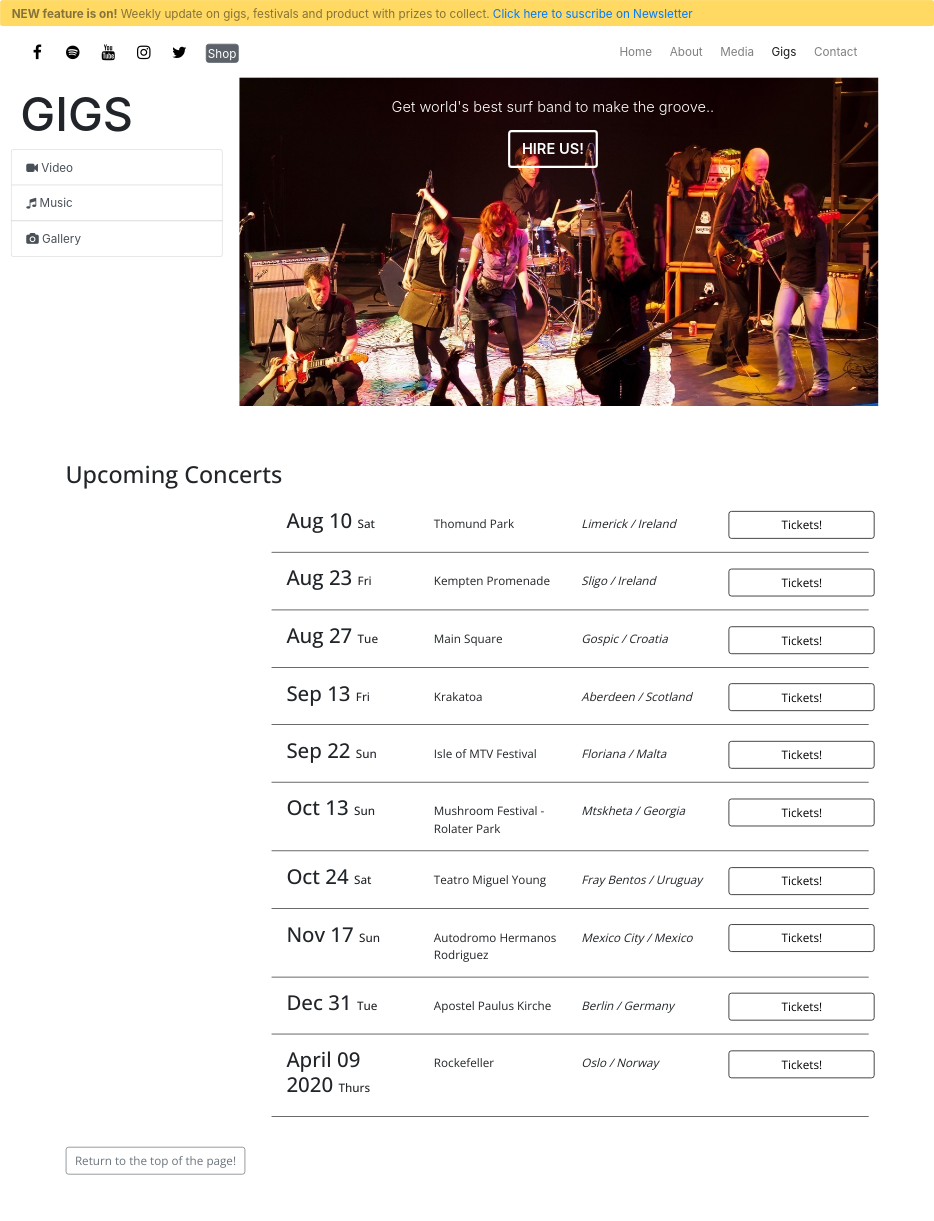
Repository: NamcorStudent/Stream_1_Project_HTML5-CSS3
Page: gigs.html
The author's editor kept a record of every edit. The page is drawn from the files as they stood at one moment, then again after the next edit.
The browser window is 1280 px wide. The pictures show the whole page, at 73% of full size.
Some web libraries are served in a nearby version.

Above is the page before.

After the next edit:
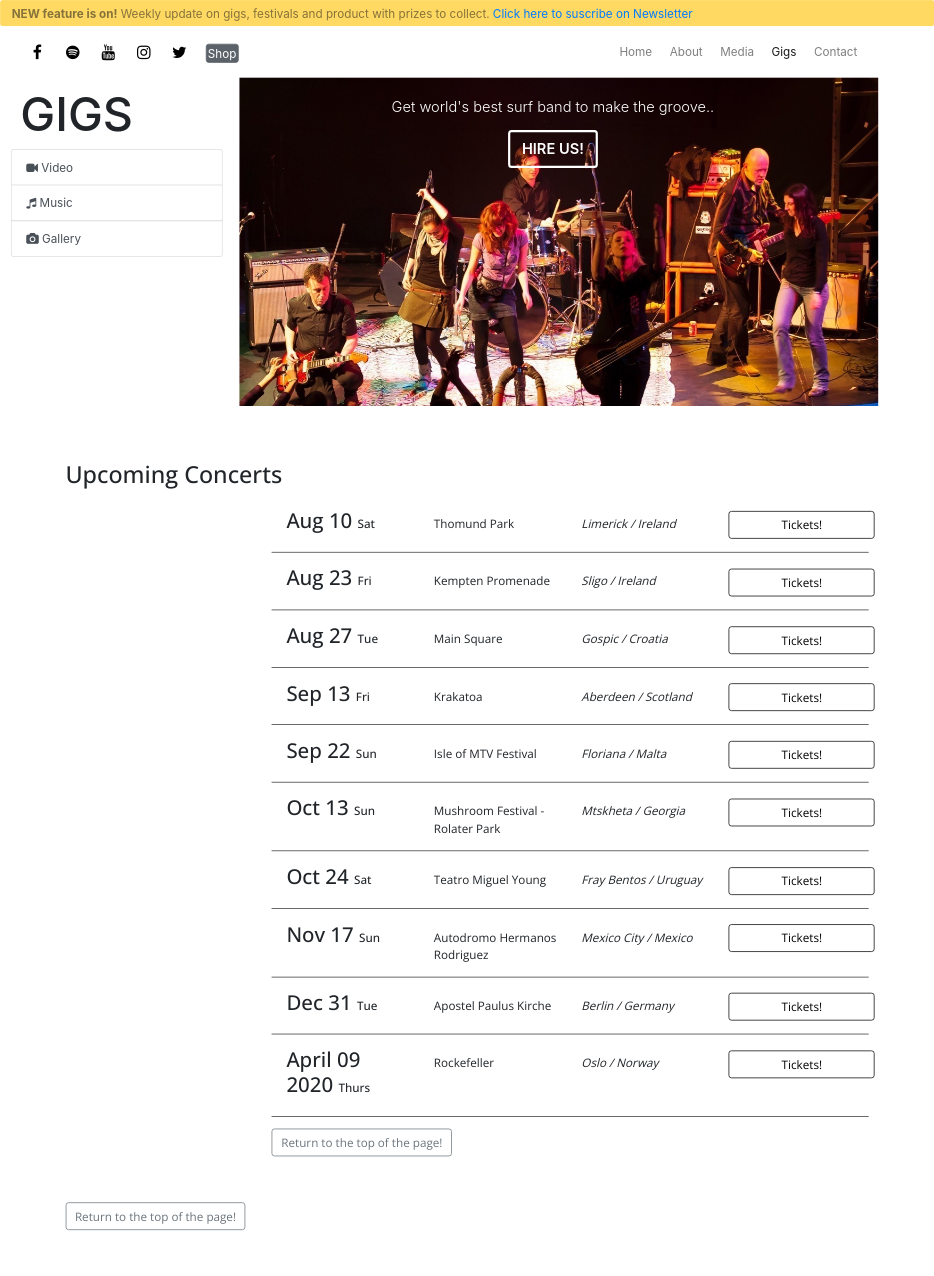
The edit:
--- a/gigs.html
+++ b/gigs.html
@@ -213,6 +213,8 @@
                                     <div class="col-lg-3 gigs-info tickets-btn-center"><a target="_blank" href="https://www.viagogo.ie/Festival-Tickets/Festivals-in-Norway/Inferno-Metal-Festival-Tickets/E-3689831"><button type="button" class="btn btn-primary btn-tickets">Tickets!</button></a></div>
                                 </div>
                                 <hr class="video-divider">
+                                <a href="gigs.html"><button type="button" class="btn btn-outline-secondary">Return to the top of the page!</button></a>
+
                                 </div>
                             </div>
                         </div>
